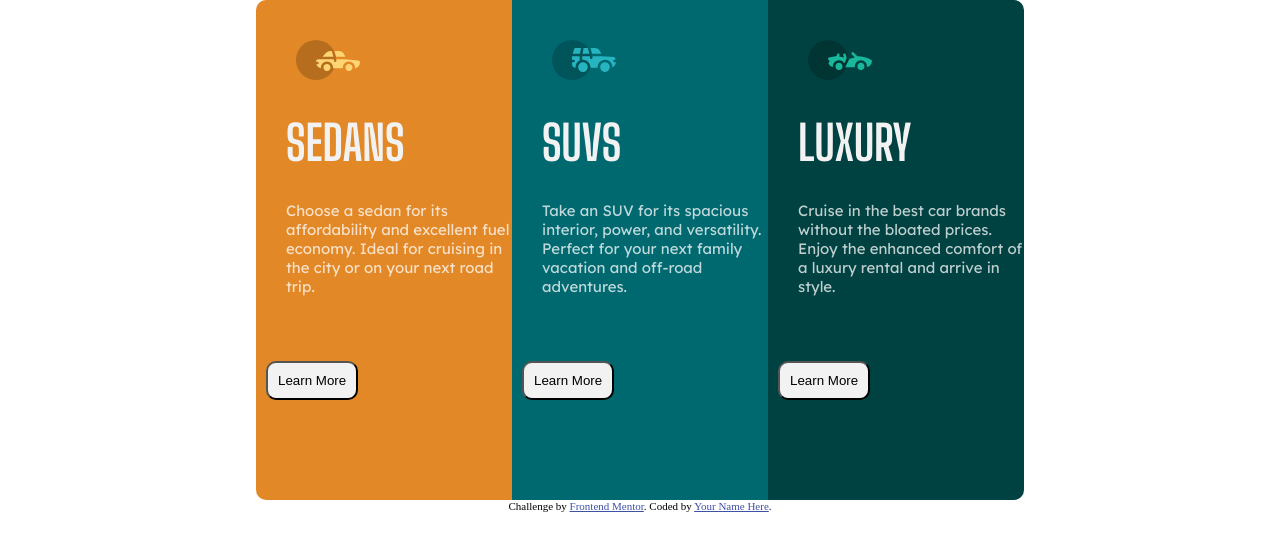
Repository: viniciussnt/3-column-preview-card
Page: index.html
An editor plug-in stored every save of this project. The page is shown before and after the next save, followed by the edit.
The browser window is 1280 px wide. The pictures show the whole page.

Above is the page before, as saved 2023-09-15 11:38:11.

### index.html
<!DOCTYPE html>
<html lang="pt-br">

<head>
  <meta charset="UTF-8">
  <meta name="viewport" content="width=device-width, initial-scale=1.0">
  <link rel="icon" type="image/png" sizes="32x32" href="./images/favicon-32x32.png">
  <link rel="stylesheet" href="./styles/style.css">

  <link rel="preconnect" href="https://fonts.googleapis.com">
  <link rel="preconnect" href="https://fonts.gstatic.com" crossorigin>
  <link href="https://fonts.googleapis.com/css2?family=Big+Shoulders+Display:wght@700&family=Lexend+Deca&display=swap"
    rel="stylesheet">

  <title>Frontend Mentor | 3-column preview card component</title>

  <!-- Feel free to remove these styles or customise in your own stylesheet 👍 -->
  <style>
    .attribution {
      font-size: 11px;
      text-align: center;
    }

    .attribution a {
      color: hsl(228, 45%, 44%);
    }
  </style>
</head>

<body>
  <div class="container">
    <article class="card-info">
      <section class="sedans">
        <div class="img-box">
          <img src="./images/icon-sedans.svg" />
        </div>
        <h1>SEDANS</h1>
        <p>Choose a sedan for its affordability and excellent fuel economy. Ideal for cruising in the city
          or on your next road trip.</p>

        <button class="btn-sedans">Learn More</button>
      </section>

      <section class="suvs">
        <div class="img-box">
          <img src="./images/icon-suvs.svg" />
        </div>
        <h1>SUVS</h1>
        <p>Take an SUV for its spacious interior, power, and versatility. Perfect for your next family vacation
          and off-road adventures.</p>

        <button class="btn-suv">Learn More</button>
      </section>

      <section class="luxury">
        <div class="img-box">
          <img src="./images/icon-luxury.svg" />
        </div>
        <h1>LUXURY</h1>
        <p>Cruise in the best car brands without the bloated prices. Enjoy the enhanced comfort of a luxury
          rental and arrive in style.</p>

        <button class="btn-luxury">Learn More</button>
      </section>
    </article>
  </div>

  <div class="attribution">
    Challenge by <a href="https://www.frontendmentor.io?ref=challenge" target="_blank">Frontend Mentor</a>.
    Coded by <a href="#">Your Name Here</a>.
  </div>
</body>

</html>

### styles/style.css
* {
    margin: 0 auto;
    padding: 0 auto;
}

:root {
    --color-sedan: rgb(227, 136, 38);
    --color-suv: rgb(0, 105, 112);
    --color-luxury: rgb(0, 66, 65);

    --color-primary: rgba(255, 255, 255, 0.75);
    --color-secondary: rgb(242, 242, 242);
}

@import url('https://fonts.googleapis.com/css2?family=Big+Shoulders+Display:wght@700&family=Lexend+Deca&display=swap');

.container {
    background-color: #fff;
}

article {
    display: flex;

    width: 60%;
    height: 80%
}

section {
    width: 400px;
    height: 500px;
}

.sedans {
    background-color: var(--color-sedan);
    border-radius: 10px 0px 0px 10px;
}

.suvs {
    background-color: var(--color-suv);
}

.luxury {
    background-color: var(--color-luxury);
    border-radius: 0px 10px 10px 0px;
}

.img-box {
    margin-top: 40px;
    margin-left: 40px;
}

h1 {
    font-family: 'Big Shoulders Display', cursive;
    font-size: 3rem;
    color: var(--color-secondary);

    margin-top: 30px;
    margin-left: 30px;
}

p {
    font-family: 'Lexend Deca', sans-serif;
    font-size: 15px;
    color: var(--color-primary);

    margin-top: 30px;
    margin-left: 30px;

    height: 150px;
}

button {
    background-color: var(--color-secondary);
    border-radius: 10px;

    margin: 10px;
    padding: 10px;
}

After the next save:
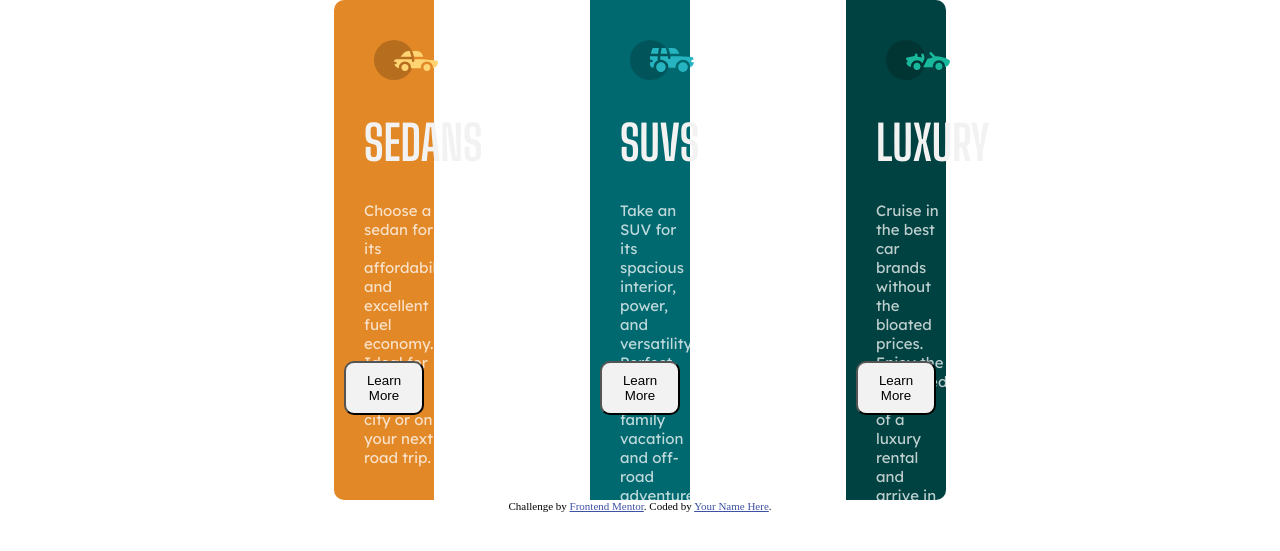
Saved 4 s later.
--- a/styles/style.css
+++ b/styles/style.css
@@ -26,7 +26,7 @@
 }
 
 section {
-    width: 400px;
+    width: 100px;
     height: 500px;
 }
 

After the 2 saves that followed:
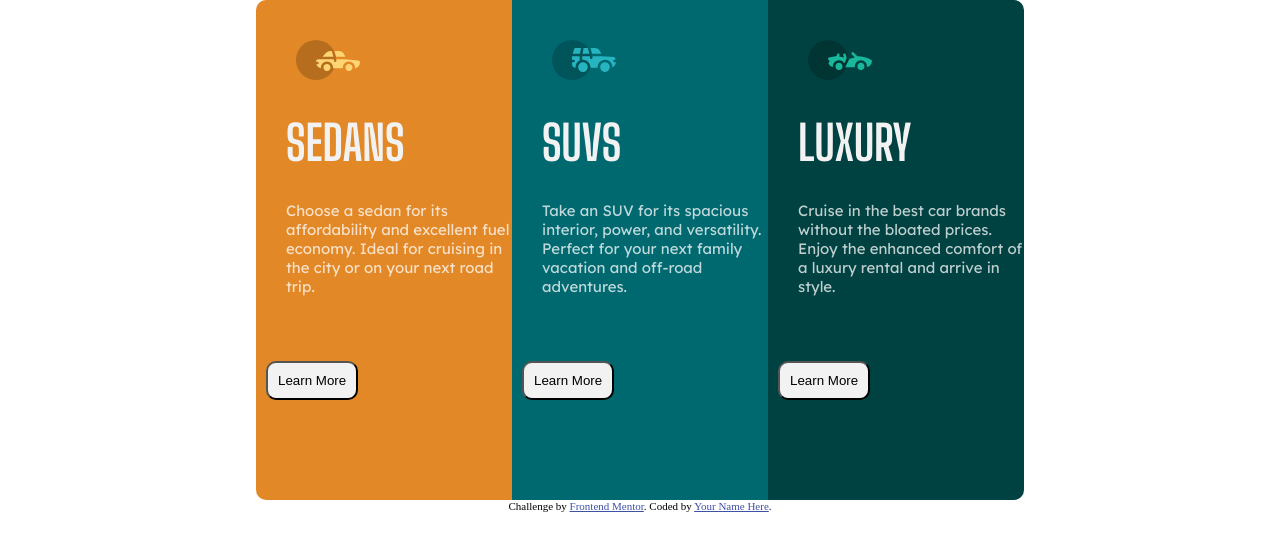
The 2 saves are shown as one change because they came seconds apart.
The last was saved 6 s later.
--- a/styles/style.css
+++ b/styles/style.css
@@ -26,7 +26,7 @@
 }
 
 section {
-    width: 100px;
+    width: 400px;
     height: 500px;
 }
 
